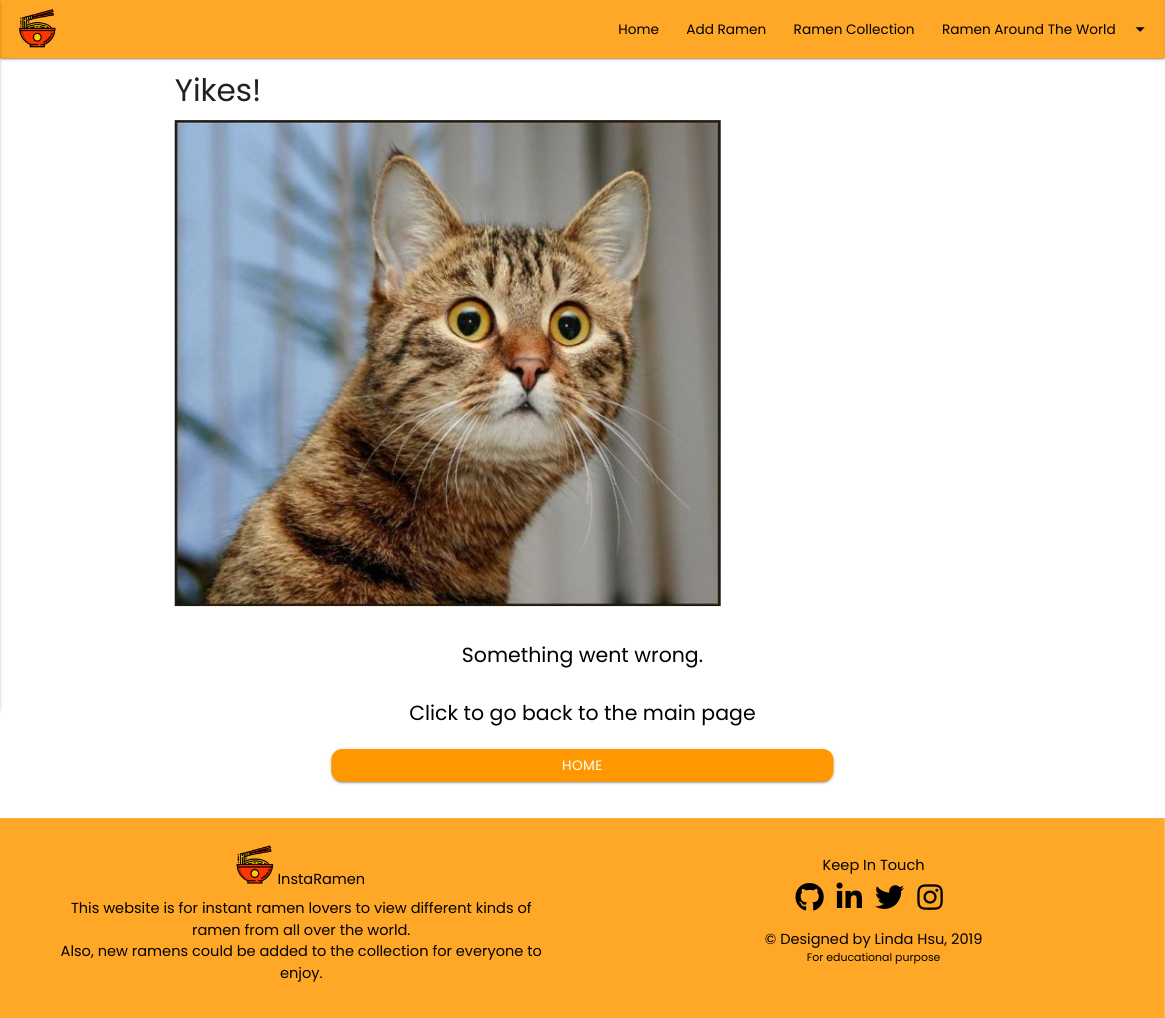
Repository: Paddlepop25/codeinstitute-insta-ramen
Page: templates/error404.html
The author's editor kept a record of every edit. The page is drawn from the files as they stood at one moment, then again after the next edit.
The browser window is 1280 px wide. The pictures show the whole page, at 91% of full size.
Some web libraries are served in a nearby version. The page is served by the project's application, run on Flask 3 (app.py). The template is opened directly, without the code that normally fills it, so the values that code supplies are empty.

Above is the page before.

### templates/error404.html
{% extends 'base.html' %} {% block content %}

<div class="container error-page">
    <h4>Yikes!</h4>
    <div class="row">
        <div class="col s12">
            <img src="{{ url_for('static', filename='images/shocked-cat.jpg') }}"></img>
        </div>
        <div class="row">
            <div class="col s12">
            <p>Something went wrong.</p>
            <p>Click to go back to the main page</p>
            <a href="{{url_for('index')}}" class="waves-effect waves-light btn orange">Home</a>
            </div>
        </div>
    </div>
</div>
{% endblock %}

### templates/base.html
<!DOCTYPE html>
<html>

<head>
  <link href="https://fonts.googleapis.com/icon?family=Material+Icons" rel="stylesheet">
  <link rel="stylesheet" href="https://cdnjs.cloudflare.com/ajax/libs/materialize/0.100.2/css/materialize.min.css">
  <link rel="stylesheet" href="https://use.fontawesome.com/releases/v5.8.1/css/all.css" integrity="sha384-50oBUHEmvpQ+1lW4y57PTFmhCaXp0ML5d60M1M7uH2+nqUivzIebhndOJK28anvf" crossorigin="anonymous" />
  <link href="https://fonts.googleapis.com/css?family=Montserrat|Poppins|Roboto&display=swap" rel="stylesheet">
  <link rel="icon" href="{{ url_for('static', filename='images/favicon.ico') }}" type="image/x-icon" />
  <link rel="stylesheet" href="/static/styles/styles.css" type="text/css" />

  <!-- Meta Data -->
  <meta charset="UTF-8">
  <meta name="viewport" content="width=device-width, initial-scale=1, shrink-to-fit=no">
  <meta http-equiv="X-UA-Compatible" content="ie=edge">
  <meta name="description" content="Insta Ramen">
  <meta name="keywords" content="Noodles, Ramen, Instant, Cup, Bowl, Packet">
  <meta name="author" content="Linda Hsu">

  <title>InstaRamen - {{ title }} </title>
</head>

<body>
  <header>
    <nav>
      <div class="nav-wrapper orange lighten-1">
        <a href="{{url_for('index')}}" class="brand-logo"><img class="ramen_logo" src="{{ url_for('static', filename='images/noodle_icon.png') }}" alt="Ramen noodles with chopsticks logo"/></a>
        <a href="#" data-activates="mobile-demo" class="button-collapse"><i class="material-icons">menu</i></a>
        <ul class="right hide-on-med-and-down">
          <li><a href="{{url_for('index')}}">Home</a></li>
          <li><a href="{{url_for('add_ramen')}}">Add Ramen</a></li>
          <li><a href="{{url_for('get_ramen')}}">Ramen Collection</a></li>
          <li><a class="dropdown-button" href="#!" data-activates="dropdown1">Ramen Around The World<i class="material-icons right">arrow_drop_down</i></a>
            <ul id="dropdown1" class="dropdown-content">
              <li><a href="{{ url_for('ramen_asia') }}">Asia</a></li>
              <li><a href="{{ url_for('ramen_americas') }}">The Americas</a></li>
              <li><a href="{{ url_for('ramen_europe') }}">Europe</a></li>
              <li><a href="{{ url_for('ramen_rest_world') }}">Rest Of The World</a></li>
            </ul>
          </li>
        </ul>
        <ul class="side-nav" id="mobile-demo">
          <li><a href="{{url_for('index')}}">Home</a></li>
          <li><a href="{{url_for('add_ramen')}}">Add Ramen</a></li>
          <li><a href="{{url_for('get_ramen')}}">Ramen Collection</a></li>
          <li><a href="{{ url_for('ramen_asia') }}">Ramen from Asia</a></li>
          <li><a href="{{ url_for('ramen_americas') }}">Ramen from The Americas</a></li>
          <li><a href="{{ url_for('ramen_europe') }}">Ramen from Europe</a></li>
          <li><a href="{{ url_for('ramen_rest_world') }}">Ramen from Rest Of The World</a></li>
        </ul>
      </div>
    </nav>
  </header>

  {% block content %} {% endblock %}
  <div class="container-fluid">
    <footer class="page-footer orange lighten-1">
      <div class="row">
        <div class="col s12 m6 footer-logo">
          <div class="website-info">
            <a href="{{url_for('index')}}" class="brand-logo"><img class="ramen_logo" src="{{ url_for('static', filename='images/noodle_icon.png') }}" alt="Ramen noodles with chopsticks logo"/></a>
            <a href="{{url_for('index')}}">InstaRamen</a>
          </div>
          <p>This website is for instant ramen lovers to view different kinds of ramen from all over the world.
            <br> Also, new ramens could be added to the collection for everyone to enjoy.</p>
        </div>

        <div class="col s12 m6 footer-social">
          <p>Keep In Touch</p>
          <span><a href="https://github.com/Paddlepop25" target="_blank"><i class="fab fa-github fa-2x"></i></a></span>
          <span><a href="https://www.linkedin.com/in/lindahsu007/" target="_blank"><i class="fab fa-linkedin-in fa-2x"></i></a></span>
          <span><a href="https://twitter.com/shecodeshsucode" target="_blank"><i class="fab fa-twitter fa-2x"></i></a></span>
          <span><a href="https://www.instagram.com/shecodeshsucodes/" target="_blank"><i class="fab fa-instagram fa-2x"></i></a></span>
          <p class="copyright">&copy; Designed by Linda Hsu, 2019</p>
          <small>For educational purpose</small>
        </div>
      </div>
    </footer>
  </div>

  <script src="https://cdnjs.cloudflare.com/ajax/libs/jquery/3.2.1/jquery.min.js"></script>
  <script src="https://cdnjs.cloudflare.com/ajax/libs/materialize/0.100.2/js/materialize.min.js"></script>
  <script type="text/javascript">
    $(document).ready(function() {
      $(".button-collapse").sideNav();
      $(document).ready(function() {
        $('input#input_text, textarea#textarea1').characterCounter();
      });
      $('select').material_select();
      $(".dropdown-button").dropdown();
    });
  </script>
</body>

</html>

### app.py
import os
from flask import Flask, render_template, redirect, request, url_for
from flask_pymongo import PyMongo, ASCENDING, DESCENDING
from bson.objectid import ObjectId
import re
from werkzeug.utils import secure_filename

app = Flask(__name__)

app.config['MONGO_DBNAME'] = 'ramen_database'
app.config["MONGO_URI"] = os.environ.get("MONGO_URI")

mongo = PyMongo(app)

@app.route('/')
def index():
    latest_three=mongo.db.ramens.find().sort([("_id", DESCENDING)]).limit(3)
    return render_template('index.html', title="Home", latest_three=latest_three)

@app.route('/display_ramen/<ramen_id>', methods=['GET'])
def display_ramen(ramen_id):
    ramen = mongo.db.ramens.find_one({"_id": ObjectId(ramen_id)})
    return render_template('display_ramen.html', title="Display Ramen", ramen=ramen)

@app.route('/get_ramen')
def get_ramen():
    ramens=mongo.db.ramens.find().sort([("_id", DESCENDING)])
    return render_template('ramen_collection.html', title="Ramen Collection", ramens=ramens)

@app.route('/ramen_asia')
def ramen_asia():
    ramens=mongo.db.ramens.find({'continent': 'Asia'})
    return render_template('ramen_asia.html', title="Ramen from Asia", ramens=ramens)

@app.route('/ramen_europe')
def ramen_europe():
    ramens=mongo.db.ramens.find({'continent': 'Europe'})
    return render_template('ramen_europe.html', title="Ramen from Europe", ramens=ramens)

@app.route('/ramen_americas')
def ramen_americas():
    ramens=mongo.db.ramens.find({'continent': 'The Americas'})
    return render_template('ramen_americas.html', title="Ramen from The Americas", ramens=ramens)

@app.route('/ramen_rest_world')
def ramen_rest_world():
    ramens=mongo.db.ramens.find({'continent': 'The Rest'})
    return render_template('ramen_rest_world.html', title="Ramen from the Rest Of The World", ramens=ramens)

@app.route('/search_ramen')
def search_ramen():
    orig_query = request.args['query']
    query = {'$regex': re.compile('.*{}.*'.format(orig_query)), '$options': 'i'}
    print(query)
    results=mongo.db.ramens.find({'flavour': query})

    ramen = []
    for result in results:
        ramen.append(result)

    return render_template('ramen_search.html', title="Search Results", query=orig_query, ramen_search=ramen)

@app.route('/add_ramen')
def add_ramen():
    brands = mongo.db.brands.find().sort([("brand", ASCENDING)])
    countries=mongo.db.countries.find().sort([("country", ASCENDING)])
    return render_template('add_ramen.html', title="Add a Ramen", countries=countries, brands=brands)

@app.route('/insert_ramen', methods=['POST'])
def insert_ramen():
    ramens = mongo.db.ramens

    if "ramen_image" in request.files:
        ramen_image = request.files['ramen_image']
        mongo.save_file(ramen_image.filename, ramen_image)

    new_ramen = {
        'brand': request.form.get('brand'),
        'flavour':request.form.get('flavour'),
        'style': request.form.get('style'),
        'country':request.form.get('country'),
        'continent':request.form.get('continent'),
        'stars':int(request.form.get('stars')),
        'reviews':request.form.get('reviews'),
        'imageURL': ramen_image.filename
    }

    ramens.insert_one(new_ramen)
    return redirect(url_for('get_ramen'))

@app.route('/file/<filename>')
def file(filename):
    return mongo.send_file(filename)

@app.route('/edit_ramen/<ramen_id>', methods=['GET'])
def edit_ramen(ramen_id):
    ramen = mongo.db.ramens.find_one({"_id": ObjectId(ramen_id)})
    brands = mongo.db.brands.find().sort([("brand", ASCENDING)])
    countries = mongo.db.countries.find().sort([("country", ASCENDING)])
    return render_template('edit_ramen.html', title="Edit Ramen", ramen=ramen, brands=brands, countries=countries)

@app.route('/update_ramen/<ramen_id>', methods=["POST"])
def update_ramen(ramen_id):
    ramen = mongo.db.ramens.find_one({"_id": ObjectId(ramen_id)})

    brand = request.form.get('brand')
    flavour = request.form.get('flavour')
    style = request.form.get('style')
    country = request.form.get('country')
    continent = request.form.get('continent')
    stars = int(request.form.get('stars'))
    reviews = request.form.get('reviews')
    image_filename = request.form.get('ramen_image')

    # if "ramen_image" in request.files and request.files['ramen_image'].filename != "":
    #     ramen_image = request.files['ramen_image']
    #     image_filename = ramen_image.filename
    #     mongo.save_file(ramen_image.filename, ramen_image)
    # else:
    #     image_filename = ramen['imageURL']

    ramen.update( {'_id': ObjectId(ramen_id)},
    {
        'brand': brand,
        'flavour': flavour,
        'style': style,
        'country': country,
        'continent': continent,
        'stars': int(stars),
        'reviews': reviews,
        'imageURL': image_filename
    })
    return redirect(url_for('get_ramen'))

@app.route('/delete_ramen/<ramen_id>')
def delete_ramen(ramen_id):
    mongo.db.ramens.remove({'_id': ObjectId(ramen_id)})
    return redirect(url_for('get_ramen'))

@app.route('/add_brands')
def add_brands():
    brand = mongo.db.brands.find()
    add_a_brand = mongo.db.ramens.find()
    return render_template('add_brands.html', title="Add a Brand", brand=brand)

@app.route('/insert_brand', methods=['POST'])
def insert_brand():
    brand = mongo.db.brands
    query = request.form.get('brand').lower()
    find_brand = mongo.db.brands.find_one({'brand': query})
    if find_brand is None:
        new_brand = {
            'brand': request.form.get('brand').lower()
        }
        brand.insert_one(new_brand)
    return redirect(url_for('add_ramen'))

@app.errorhandler(404)
def error_404(not_found):
    return render_template('error404.html', title="Error 404")

if __name__ == '__main__':
    app.run(host=os.environ.get('IP'),
            port=int(os.environ.get('PORT')),
            debug=True)

### static/styles/styles.css
body {
  font-size: 16px;
  font-family: "Poppins", cursive;
}

/* Base page */

.nav-wrapper ul li:last-child li a {
  color: #ef6c00;
}

.nav-wrapper ul li a {
  color: #000000;
}

.ramen_logo {
  width: 2.8rem;
  margin-left: 20px;
  margin-top: 10px;
}

/*Footer*/

footer a,
p,
small {
  color: #000000;
}

.page-footer {
  left: 0;
  bottom: 0;
  width: 100%;
  height: 400px;
}

.page-footer a:last-child:hover {
  color: #ffffff;
}

.footer-logo {
  text-align: center;
}

.footer-logo p {
  position: relative;
  top: -8px;
  padding: 0px 18px;
}

.footer-logo small {
  position: relative;
  top: -25px;
}

.footer-social {
  text-align: center;
}

.footer-social a:hover {
  color: #ffffff;
}

.footer-social p:first-child {
  margin-top: 0;
  margin-bottom: 7px;
}

.footer-social span {
  margin-right: 10px;
}

.copyright {
  margin-top: 15px;
  margin-bottom: 0;
}

.footer-social small {
  position: relative;
  top: -5px;
}

/*Index page*/

.noodle_img_index img {
  width: 100vw;
  opacity: 0.8;
}

.welcome-page {
  text-align: center;
}

.welcome-page h1 {
  margin-top: 10px;
  margin-bottom: 0;
}

.welcome-message {
  position: relative;
  top: -68px;
}

.welcome-message p {
  padding: 0 25px;
  font-size: 1rem;
}

.search-section {
  position: relative;
  top: -16px;
}

.search-button button {
  width: 60%;
  border-radius: 12px;
  margin-bottom: 20px;
}

.search-button button:hover {
  color: #000000;
  box-shadow: 4px 3px 6px 1px grey;
}

.search-section input:focus {
  border-bottom: 1px solid #ff9800 !important;
  box-shadow: 0 1px 0 0 #ff9800 !important;
}

.input-field label {
  color: #ff9800;
}

.input-field input:focus+label {
  color: #ff9800 !important;
}

.input-field input[type="text"]:focus+label {
  color: #ff9800;
}

.input-field input[type="text"]:focus {
  border-bottom: 1px solid #ff9800;
  box-shadow: 0 1px 0 0 #ff9800;
}

.input-field .prefix.active {
  color: #ff9800;
}

.card .card-content {
  padding: 24px 10px;
}

.card .card-image img {
  height: 214px;
}

.index-page-card {
  position: relative;
  top: -70px;
  text-align: center
}

.index-page-card .card .card-content {
  overflow-y: scroll;
  max-height: 144px;
}

.index-page-card .card-content {
  text-align: center;
}

.index-page-card a {
  position: relative;
  width: 60%;
  margin: 15px auto;
  border-radius: 12px;
}

.index-page-card a:hover {
  color: #000000;
  box-shadow: 4px 3px 6px 1px grey;
}

/* Search page*/

.search-box h4 {
  text-align: center;
  margin-top: 50px;
}

.search-box input:focus {
  border-bottom: 1px solid #ff9800 !important;
  box-shadow: 0 1px 0 0 #ff9800 !important;
}

.search-page-card .card .card-content {
  overflow-y: scroll;
  max-height: 144px;
}

.search-page-card .card-content {
  text-align: left;
}

.search-page-card a {
  position: relative;
  width: 60%;
  margin: 0 0 5% 20%;
  border-radius: 12px;
}

.search-page-card a:hover {
  color: #000000;
  box-shadow: 4px 3px 6px 1px grey;
}

.search-result button {
  width: 80%;
  margin: 5% 0 0 10%;
}

.sorry-cat {
  width: 100%;
}

.sorry {
  text-align: center;
}

/* Error result page */

.error-page p {
  /*font-size: 1.2rem;*/
  text-align: center;
  margin-top: 30px;
}

.error-page a {
  width: 60%;
  margin-left: 20%;
}

.error-page a:hover {
  color: #000000;
  box-shadow: 4px 3px 6px 1px grey;
}

/* Add Ramen page*/

.add-ramen h4 {
  position: relative;
  top: 90px;
  text-align: center;
}

.ramen-form {
  border: 2px solid black;
  border-radius: 25px;
  box-shadow: 2px 2px 8px grey;
  margin: 100px auto;
  padding: 20px;
}

.dropdown-content li>a,
.dropdown-content li>span {
  color: #ef6c00;
}

.select-flavour input:focus {
  border-bottom: 1px solid #ff9800 !important;
  box-shadow: 0 1px 0 0 #ff9800 !important;
}

.select-brand p {
  margin-top: -20px;
}

.select-brand a {
  width: 100%;
  border-radius: 12px;
}

.select-brand a:hover {
  color: #000000;
  box-shadow: 4px 3px 6px 1px grey;
}

.select-packaging {
  position: relative;
  top: -20px;
  padding-left: 15px;
}

.select-packaging-label {
  color: #ff9800;
}

.select-packaging p label {
  color: #000000;
}

.select-country-continent {
  position: relative;
  top: -15px;
}

.select-stars-reviews {
  position: relative;
  top: -35px;
}

.select-stars-reviews .stars {
  position: relative;
  top: 17px;
}

.select-reviews {
  position: relative;
  top: 15px;
}

.select-reviews input:focus {
  border-bottom: 1px solid #ff9800 !important;
  box-shadow: 0 1px 0 0 #ff9800 !important;
}

.select-upload-image {
  position: relative;
  top: -30px;
}

.select-upload-image input {
  border: 2px solid orange;
  width: 100%;
  margin-top: 5px;
  margin-bottom: 15px;
  border-radius: 12px;
}

.select-upload-image button {
  width: 100%;
  border-radius: 12px;
}

.select-upload-image button:hover {
  color: #000000;
  box-shadow: 4px 3px 6px 1px grey;
}

.select-upload-image a {
  position: relative;
  top: 25px;
  width: 100%;
  border-radius: 12px;
}

.select-upload-image a:hover {
  color: #000000;
  box-shadow: 4px 3px 6px 1px grey;
}

/* Edit Ramen Page*/

.edit-ramen h4 {
  position: relative;
  top: 90px;
  text-align: center;
}

.edit-stars {
  position: relative;
  top: -90px;
}

.edit-reviews {
  position: relative;
  top: 45px;
}

.edit-image {
  position: relative;
  top: -75px;
}

.select-upload-image input:hover {
  color: #000000;
  box-shadow: 4px 3px 6px 1px grey;
}

/* Add Brand page*/

.brand-form {
  border: 2px solid black;
  border-radius: 25px;
  box-shadow: 2px 2px 8px grey;
  margin: 100px auto;
  height: 450px;
  padding: 40px;
}

.add-brand h4 {
  position: relative;
  top: 90px;
  text-align: center;
}

.add-brand .input-field {
  position: relative;
  top: 20px;
  margin-bottom: 15px;
}

.add-brand input:focus {
  border-bottom: 1px solid #ff9800 !important;
  box-shadow: 0 1px 0 0 #ff9800 !important;
}

.add-brand button {
  border-radius: 12px;
  width: 100%;
  margin-top: 50px;
  margin-bottom: 0;
}

.add-brand button:hover {
  color: #000000;
  box-shadow: 4px 3px 6px 1px grey;
}

.add-brand a {
  border-radius: 12px;
  width: 100%;
  margin-top: 20px;
}

.add-brand a:hover {
  color: #000000;
  box-shadow: 4px 3px 6px 1px grey;
}

/* Ramen Collection Page */

.ramen-collection-page h4 {
  text-align: center;
  position: relative;
  top: 14px;
}

.ramen-collection-page .card .card-content {
  overflow-y: scroll;
  max-height: 144px;
}

.ramen-collection-page .card-content {
  text-align: left;
}

.ramen-collection-page a {
  position: relative;
  width: 60%;
  margin: 5% 0 5% 20%;
  border-radius: 12px;
}

.ramen-collection-page a:hover {
  color: #000000;
  box-shadow: 4px 3px 6px 1px grey;
}

/* Display Page */

.display-page img {
  width: 100%;
  margin-top: 40px;
}

.display-page p {
  padding-left: 30px;
  padding-right: 30px;
}

.display-details p {
  padding-left: 50px;
}

.display-brand {
  padding-top: 30px;
}

.display-edit {
  position: relative;
  top: -15px;
  margin-top: 20px;
}

.display-edit-delete div:first-child {
  position: relative;
  top: 0;
}

.display-edit-delete a {
  width: 100%;
  border-radius: 12px;
}

.display-edit-delete a:hover {
  color: #000000;
}

/* Asia Collection */

.asia-page h4 {
  position: relative;
  top: 14px;
  text-align: center;
}

.asia-page .card .card-content {
  overflow-y: scroll;
  max-height: 144px;
}

.asia-page .card-content {
  text-align: left;
}

.asia-page a {
  position: relative;
  width: 60%;
  margin: 5% 0 5% 20%;
  border-radius: 12px;
}

.asia-page a:hover {
  color: #000000;
  box-shadow: 4px 3px 6px 1px grey;
}

/* Europe page */

.europe-page h4 {
  position: relative;
  top: 14px;
  text-align: center;
}

.europe-page .card .card-content {
  overflow-y: scroll;
  max-height: 144px;
}

.europe-page .card-content {
  text-align: left;
}

.europe-page a {
  position: relative;
  width: 60%;
  margin: 5% 0 5% 20%;
  border-radius: 12px;
}

.europe-page a:hover {
  color: #000000;
  box-shadow: 4px 3px 6px 1px grey;
}

/* The Americas page */

.america-page h4 {
  position: relative;
  top: 14px;
  text-align: center;
}

.america-page .card .card-content {
  overflow-y: scroll;
  max-height: 144px;
}

.america-page .card-content {
  text-align: left;
}

.america-page a {
  position: relative;
  width: 60%;
  margin: 5% 0 5% 20%;
  border-radius: 12px;
}

.america-page a:hover {
  color: #000000;
  box-shadow: 4px 3px 6px 1px grey;
}

/* The Rest Of The World page */

.rest-world-page h4 {
  position: relative;
  top: 14px;
  text-align: center;
}

.rest-world-page .card .card-content {
  overflow-y: scroll;
  max-height: 144px;
}

.rest-world-page .card-content {
  text-align: left;
}

.rest-world-page a {
  position: relative;
  width: 60%;
  margin: 5% 0 5% 20%;
  border-radius: 12px;
}

.rest-world-page a:hover {
  color: #000000;
  box-shadow: 4px 3px 6px 1px grey;
}

/* Error page*/

.error-page p {
  font-size: 1.5rem;
}

.error-page a {
  border-radius: 12px;
}

.add-brand a {
  margin-top: 50px;
}

@media (min-width: 601px) {
  .index-page-card .card .card-content {
    overflow-y: scroll;
    min-height: 290px;
  }

  .welcome-message p {
    font-size: 1.1rem;
  }

  .ramen-form {
    padding: 30px;
  }

  .index-page-card h4 {
    text-align: center;
  }

  .index-page-card .card .card-content {
    overflow-y: scroll;
    min-height: 160px;
  }

  .select-brand a {
    width: 40%;
  }

  .select-flavour {
    position: relative;
    top: -55px;
  }

  .select-country-continent {
    position: relative;
    top: -60px;
  }

  .select-stars-reviews {
    position: relative;
    top: -90px;
  }

  .select-stars-reviews .stars {
    position: relative;
    top: 26px;
  }

  .select-upload-image {
    position: relative;
    top: -100px;
  }

  .select-brand a {
    position: relative;
    left: 250px;
    bottom: 54px;
  }

  .select-packaging {
    position: relative;
    top: -65px;
  }

  .select-reviews {
    position: relative;
    top: 0;
  }

  .select-reviews input {
    position: relative;
    top: 15px;
  }

  .select-upload-image {
    position: relative;
    top: -80px;
  }

  .select-upload-image a {
    position: relative;
    top: 0;
    width: 100%;
    border-radius: 12px;
  }

  .edit-reviews {
    position: relative;
    top: 18px;
  }
  .page-footer {
    height: 300px;
  }

  .footer-logo p {
    padding-left: 40px;
  }

  .footer-social {
    position: relative;
    top: 30px;
  }

}

@media (min-width: 605px) {
  .page-footer {
    height: 250px;
  }
}

@media (min-width: 768px) {
  .ramen-form {
    padding: 50px;
  }
}

@media (min-width: 1200px) {
  .index-page-card .card .card-content {
    overflow-y: scroll;
    min-height: 220px;
  }

  .ramen-form {
    padding: 70px;
  }
}

@media (min-width: 1272px) {
  .page-footer {
    height: 220px;
  }

  .footer-social {
    position: relative;
    top: 20px;
  }
}

After the next edit:
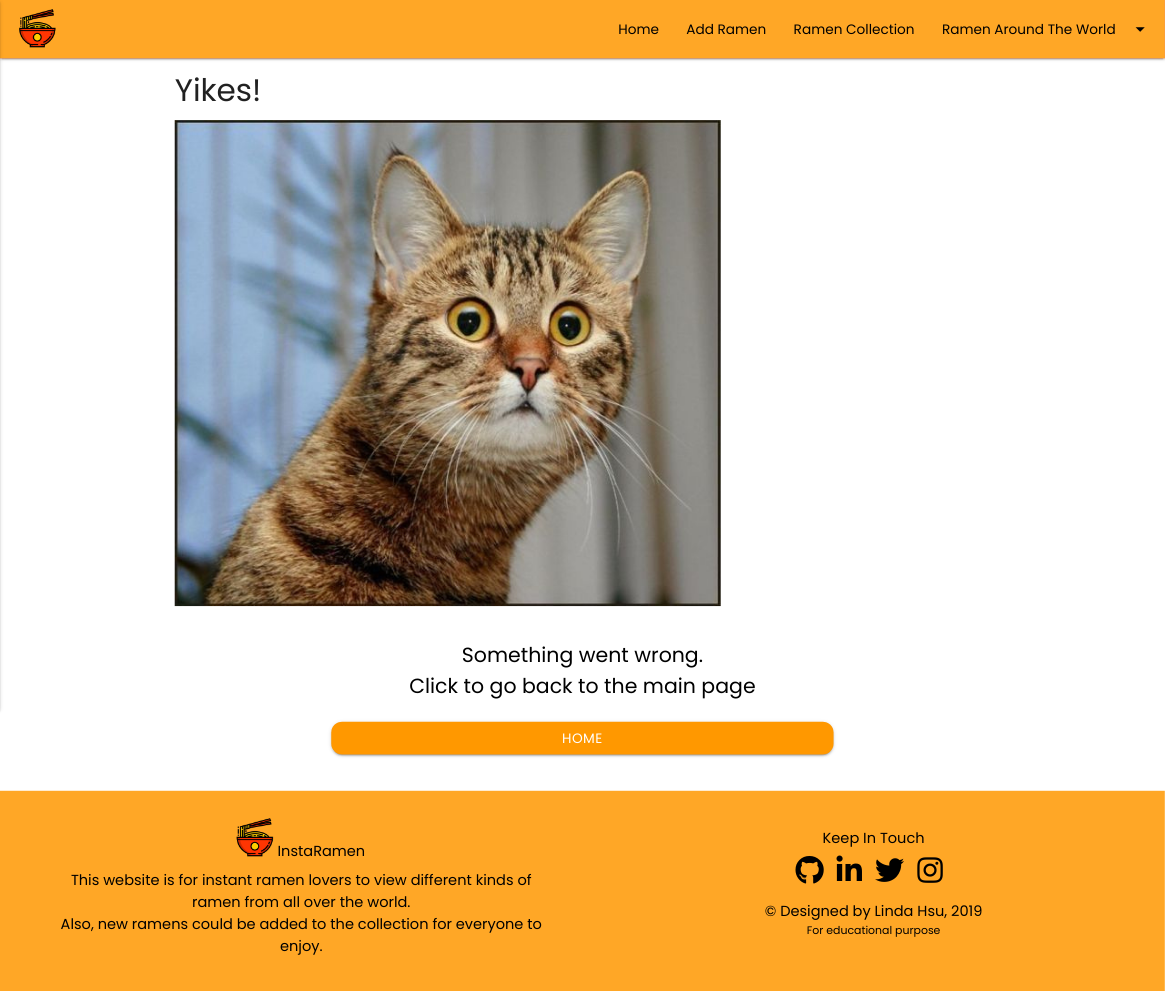
The edit:
--- a/templates/error404.html
+++ b/templates/error404.html
@@ -8,8 +8,9 @@
         </div>
         <div class="row">
             <div class="col s12">
-            <p>Something went wrong.</p>
-            <p>Click to go back to the main page</p>
+            <p>Something went wrong.
+            <br>
+            Click to go back to the main page</p>
             <a href="{{url_for('index')}}" class="waves-effect waves-light btn orange">Home</a>
             </div>
         </div>
